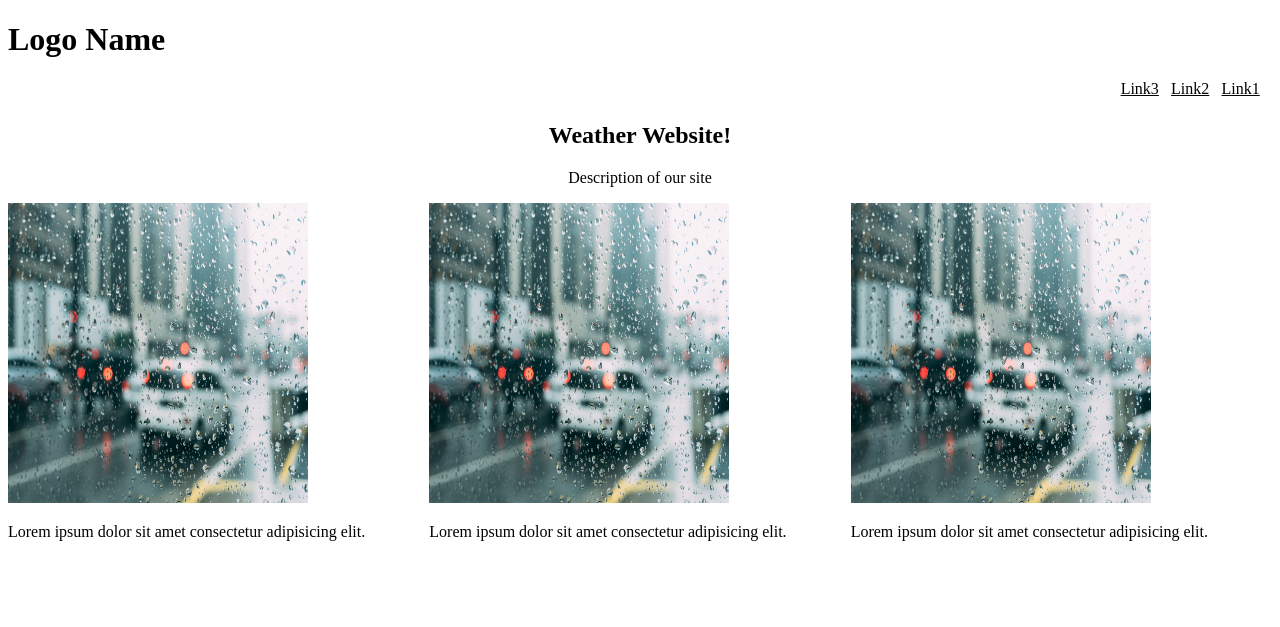
Repository: aaron1986/Breakout2_group_code
Page: index.html
An editor plug-in stored every save of this project. The page is shown before and after the next save, followed by the edit.
The browser window is 1280 px wide. The pictures show the whole page.

Above is the page before, as saved 2023-09-13 09:32:27.

### index.html
<!DOCTYPE html>
<html lang="en">
<head>
    <meta charset="UTF-8">
    <meta name="viewport" content="width", initial-scale="1.0">
    <link rel="stylesheet" href="style.css">
    <title>Document</title>
</head>
<body>
    <header>
        <h1>Logo Name</h1>
        <nav>
            <ul>
                <li><a href="https://www.bbc.com/weather" target="_blank">Link1</a></li>
                <li><a href="https://edition.cnn.com/weather" target="_blank">Link2</a></li>
                <li><a href="https://weather.com/en-GB/weather/today/l/UKXX0085:1:UK?Goto=Redirected" target="_blank">Link3</a></li>
            </ul>
        </nav>
    </header>

    <!-- Main Section -->
    <main>
        <h2>Weather Website!</h2>
        <p id ="text-box">Description of our site</p>

        <section>
            <div class="image-container">

            <div class="image-section">
                <img src="./img/pexels-kaique-rocha-125510.jpg" alt="">
                <div class="img-textbox">
                    <p>
                        Lorem ipsum dolor sit amet consectetur adipisicing elit.
                    </p>
                </div>
            </div>

            <div class="image-section">
                <img src="./img/pexels-kaique-rocha-125510.jpg" alt="">
                <div class="img-textbox">
                    <p>
                        Lorem ipsum dolor sit amet consectetur adipisicing elit.
                    </p>
                </div>
            </div>

            <div class="image-section">
                <img src="./img/pexels-kaique-rocha-125510.jpg" alt="">
                <div class="img-textbox">
                    <p>
                        Lorem ipsum dolor sit amet consectetur adipisicing elit.
                    </p>
                </div>

            </div> <!-- end of image container -->
        </section>


    </main>
</body>
</html>

### style.css

body {

}

ul > li {
    display: inline;
    float: right;
    margin-right: 1%;
}

li > a {
    color: black;
}

 a:hover {
    color: red;
 }

h2 {
    text-align: center;
    margin-top: 5%;
}

#text-box {
    text-align: center;
}


.image-container{
    display: grid;
    justify-content: center;
    grid-template-columns: repeat(3, 1fr);
}

img {

    width: 300px;
    height: 300px;
}

After the next save:
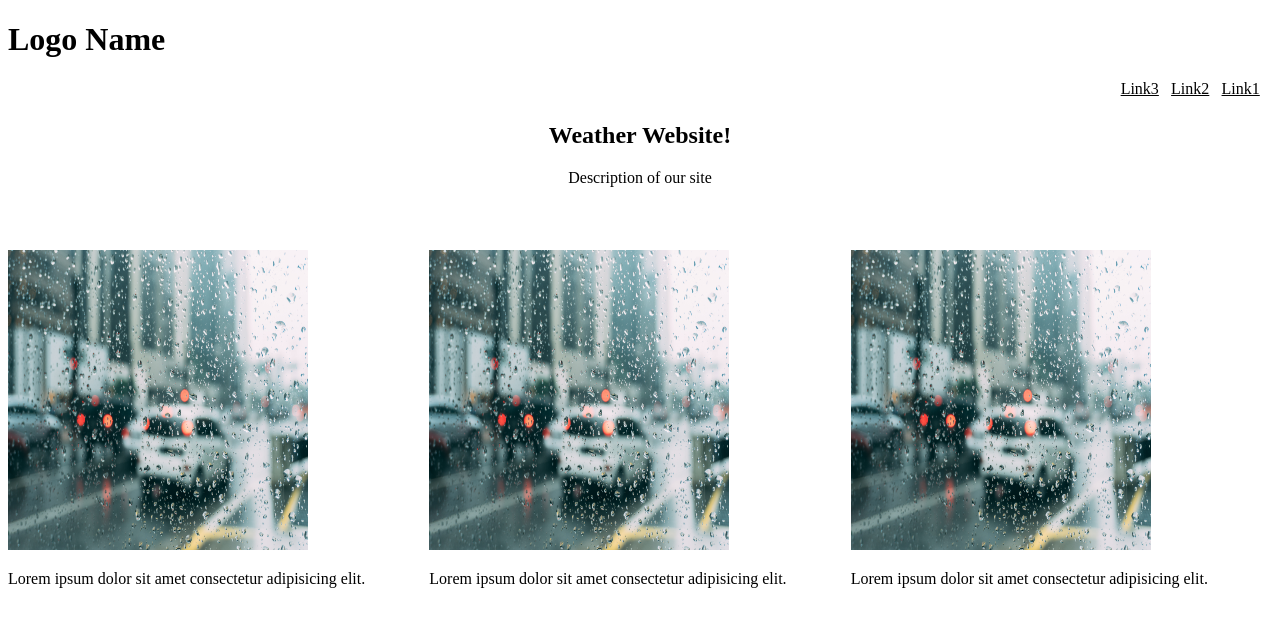
Saved 29 s later.
--- a/style.css
+++ b/style.css
@@ -28,6 +28,7 @@ h2 {
 
 
 .image-container{
+    margin-top: 5%;
     display: grid;
     justify-content: center;
     grid-template-columns: repeat(3, 1fr);
